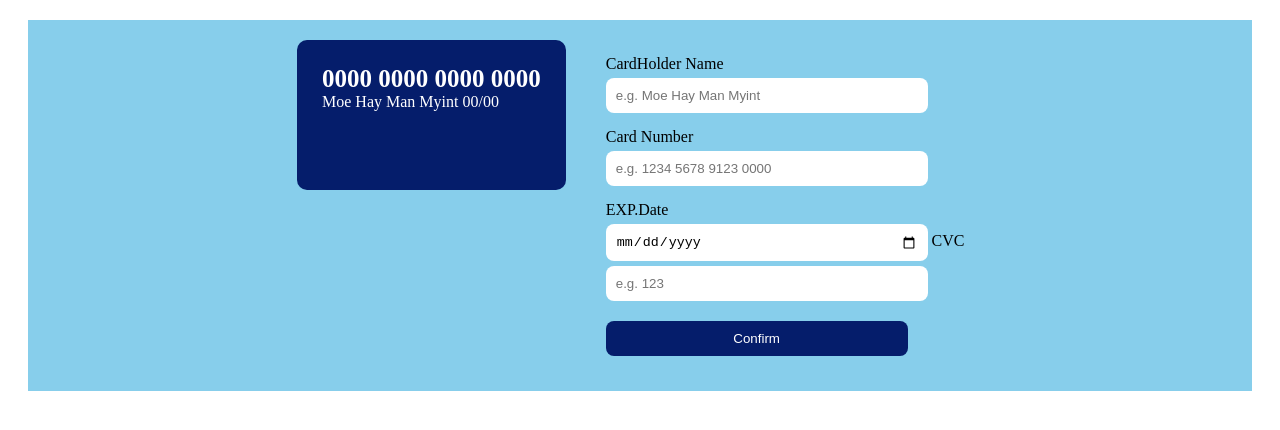
Repository: moehaymanmyint/Interactive-Card-Details-Form
Page: index.html
The author's editor kept a copy of each file at every save. The page is drawn from the files as they stood at one save, then again after the next save.
The browser window is 1280 px wide. The pictures show the whole page.

Above is the page before, as saved 2024-10-15 22:42:31.

### index.html
<!DOCTYPE html>
<html lang="en">
<head>
    <meta charset="UTF-8">
    <meta name="viewport" content="width=device-width, initial-scale=1.0">
    <title>Interactive Card Details Form</title>
    <link rel="stylesheet" href="style.css">
</head>
<body>
    <div class="container">
        <!-- Left Side -->
    <div class="left-container">
        <div class="front-card">
            <div class="number">0000 0000 0000 0000</div>
            <span class="name">Moe Hay Man Myint</span>
            <span class="date">00/00</span>
        </div>
        <div class="back-card">
            <div style="color: darkgrey;" ></div>
        </div>
    </div>

    <!-- Right Side -->
    <div class="right-container">
        <form action="">
            <div class="card-name">
                <label for="">CardHolder Name</label><br>
                <input type="text" name="" id="" placeholder="e.g. Moe Hay Man Myint">
            </div>
            <div class="card-number">
                <label for="">Card Number</label><br>
                <input type="number" name="" id="" placeholder="e.g. 1234 5678 9123 0000">
            </div>
            <div class="card-info">
                <label for="">EXP.Date</label><br>
                <input type="date" name="" id="">
                <label for="">CVC</label>
                <input type="number" name="" id="" placeholder="e.g. 123">
            </div>
            <div class="btn">
                <input type="submit" value="Confirm" class="confirm-btn">
            </div>
        </form>
    </div>
    </div>
</body>
</html>

### style.css
.container{
    background-color: skyblue;
    display: flex;
    justify-content: center;
    margin: 20px;
}

.left-container,
.right-container {
    margin: 20px;
}

.front-card{
    background-color: rgb(5, 29, 107);
    color: white;
    padding: 25px;
    border-radius: 10px;
    height: 100px;
}

.front-card .number{
    font-size: 25px;
    font-weight: bold;
}

.right-container div{
    margin: 15px 0;
}
.right-container input{
    margin-top: 5px;
    border: none;
    padding: 10px;
    border-radius: 8px;
    width: 80%;
}

.confirm-btn{
    background-color: rgb(5, 29, 107);
    color: white;
    width: 100%;
}

After the next save:
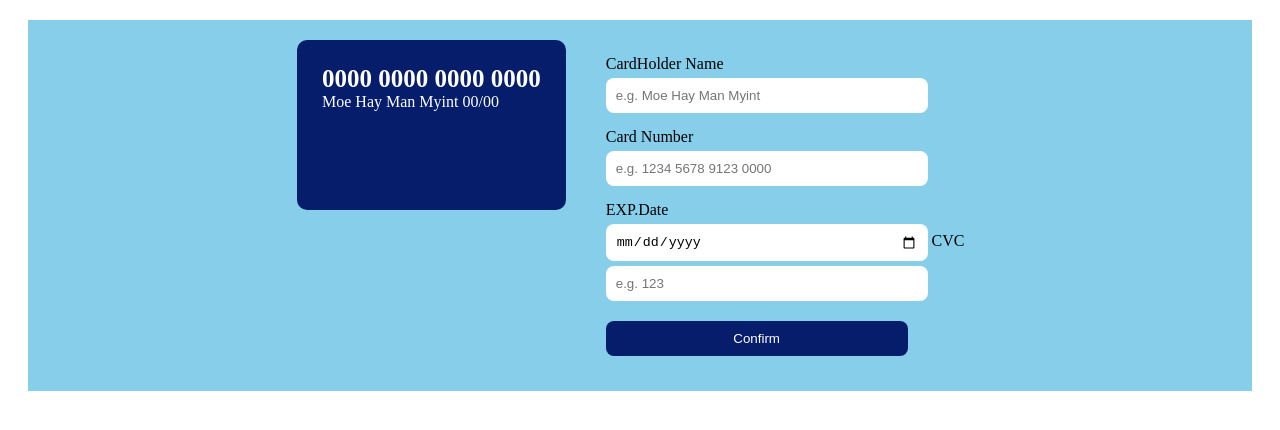
Saved 5 s later.
--- a/style.css
+++ b/style.css
@@ -15,7 +15,7 @@
     color: white;
     padding: 25px;
     border-radius: 10px;
-    height: 100px;
+    height: 120px;
 }
 
 .front-card .number{
